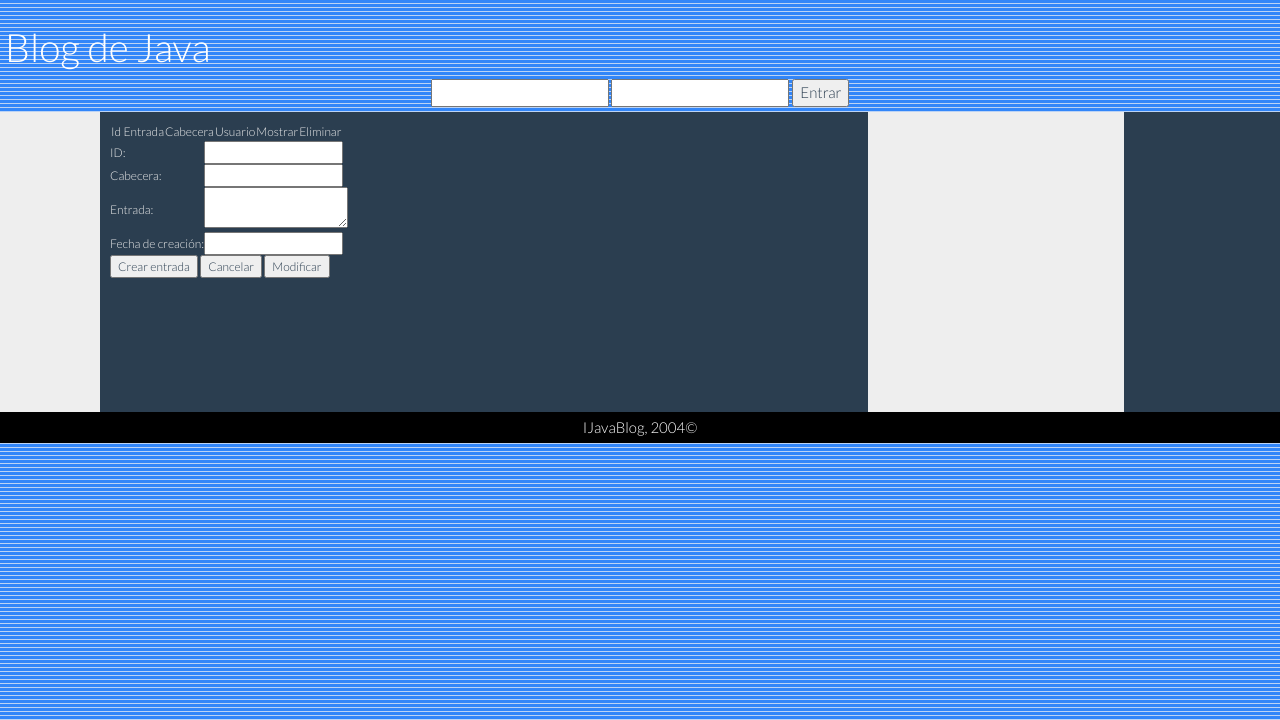
Repository: alruis/IJavaDreamBlog
Page: http://localhost/IJavaBlog/jsp/blog/inicio.jsp
An editor plug-in stored every save of this project. The page is shown before and after the next save, followed by the edit.
The browser window is 1280 px wide. The pictures show the whole page.
The page is served by Tomcat 9. Nobody is signed in. The application's start-up code is not run. The template is opened directly, without the code that normally fills it, so the values that code supplies are empty.

Above is the page before, as saved 2014-09-26 10:08:37.
Console error: ReferenceError: init is not defined

After the next save:
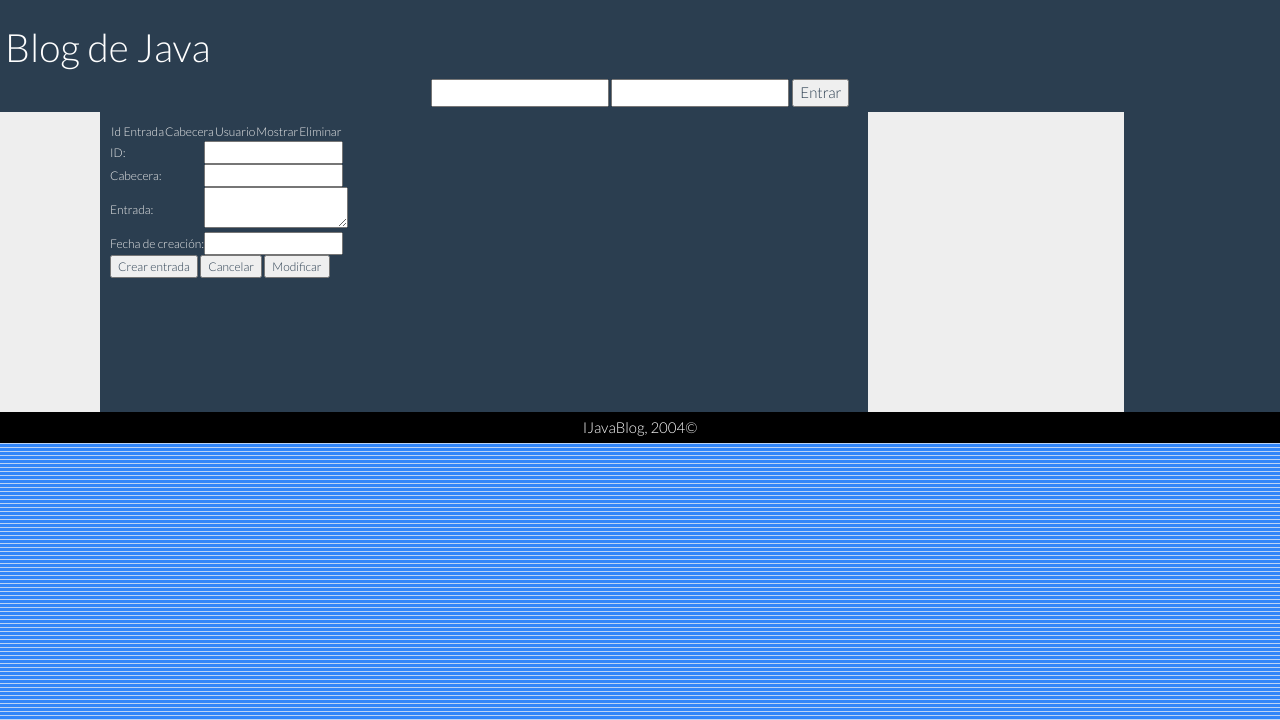
Saved 99 s later.
--- a/IJavaBlog/WebContent/css/ijavablog.css
+++ b/IJavaBlog/WebContent/css/ijavablog.css
@@ -24,7 +24,7 @@ td.entradas{
 
 
 	div.cabecera{
-	background:black  url("/img/FondoCabecera.png") repeat top;
+	background-image:black  url("/img/FondoCabecera.png") repeat top;
 
     color:white;
     text-align:center;
